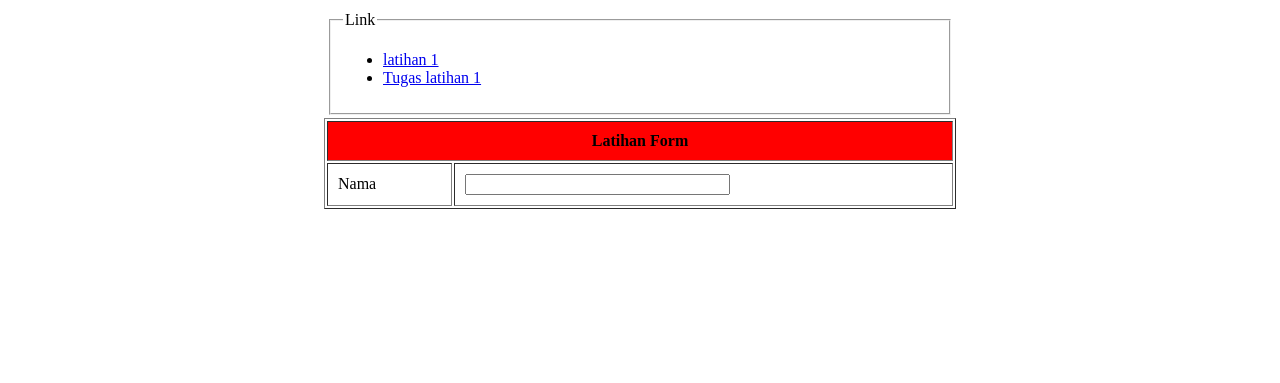
Repository: AHSANS354/tugas-sib5
Page: latihanform.html
These files come from the project's save history. The page is drawn as it stood at one moment and after the next save; the edit follows.
The browser window is 1280 px wide. The pictures show the whole page.

Above is the page before, as saved 2023-08-21 11:32:03.

### latihanform.html
<!DOCTYPE html>
<html lang="en">
  <head>
    <meta charset="UTF-8" />
    <meta name="viewport" content="width=device-width, initial-scale=1.0" />
    <title>Document</title>
  </head>
  <body>
    <table width="50%" align="center">
      <tr>
        <td>
          <fieldset>
            <legend>Link</legend>
            <ul>
              <li>
                <a href="/latihan1.html" target="_blank">latihan 1</a>
              </li>
              <li>
                <a href="/list.html" target="_blank">Tugas latihan 1</a>
              </li>
            </ul>
          </fieldset>
        </td>
      </tr>
    </table>

    <table border="1" width="50%" align="center" cellpadding="10">
      <tr>
        <th colspan="2" bgcolor="red">Latihan Form</th>
      </tr>
      <tr>
        <td width="20%">Nama</td>
        <td>
          <input type="text" size="30" />
        </td>
      </tr>
    </table>
  </body>
</html>

After the next save:
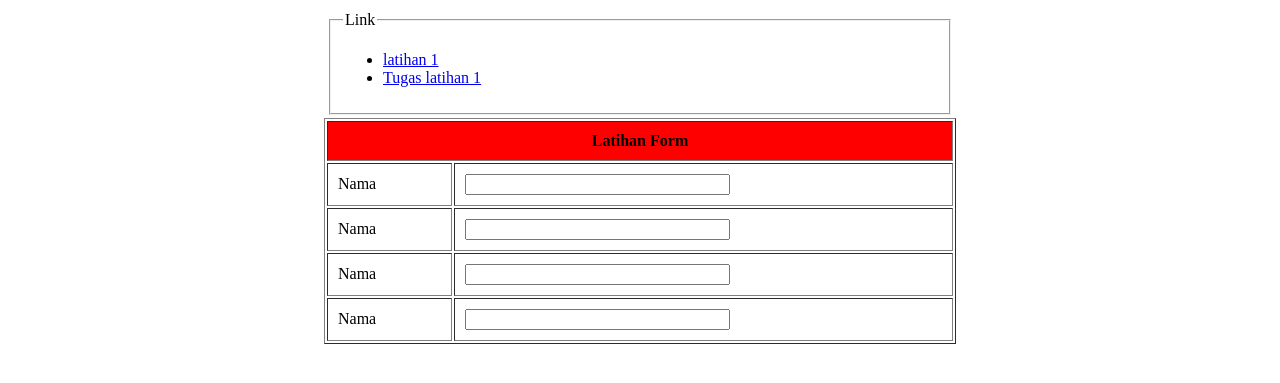
Saved 24 s later.
--- a/latihanform.html
+++ b/latihanform.html
@@ -34,6 +34,24 @@
           <input type="text" size="30" />
         </td>
       </tr>
+      <tr>
+        <td width="20%">Nama</td>
+        <td>
+          <input type="text" size="30" />
+        </td>
+      </tr>
+      <tr>
+        <td width="20%">Nama</td>
+        <td>
+          <input type="text" size="30" />
+        </td>
+      </tr>
+      <tr>
+        <td width="20%">Nama</td>
+        <td>
+          <input type="text" size="30" />
+        </td>
+      </tr>
     </table>
   </body>
 </html>
